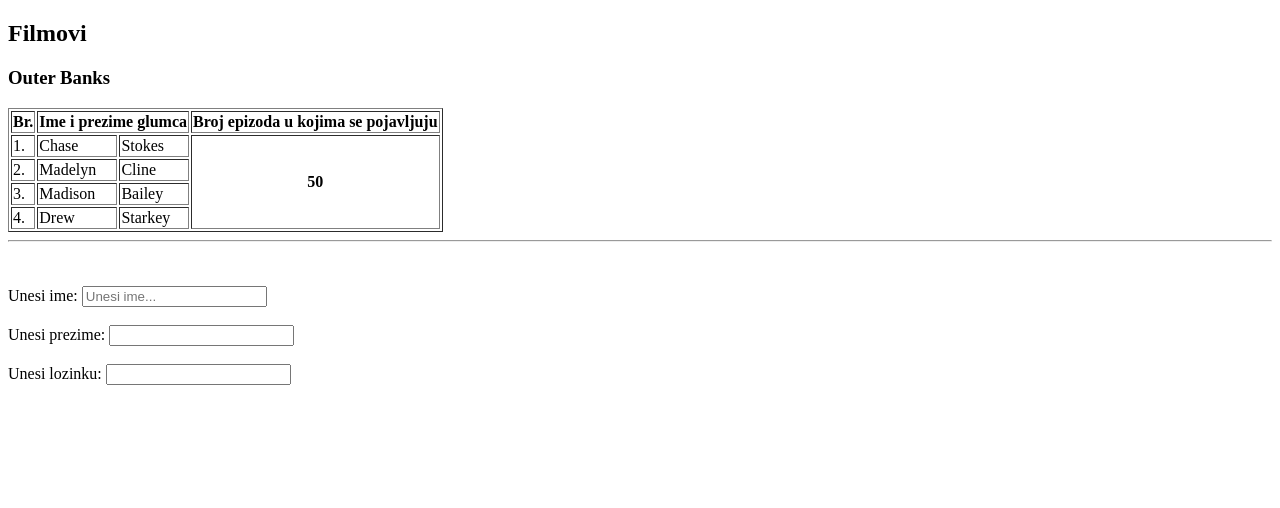
Repository: larabiondic/wp_biondic_lara
Page: Domace zadace/Zadaća.2.html
An editor plug-in stored every save of this project. The page is shown before and after the next save, followed by the edit.
The browser window is 1280 px wide. The pictures show the whole page.

Above is the page before, as saved 2025-11-03 20:33:25.

After the next save:
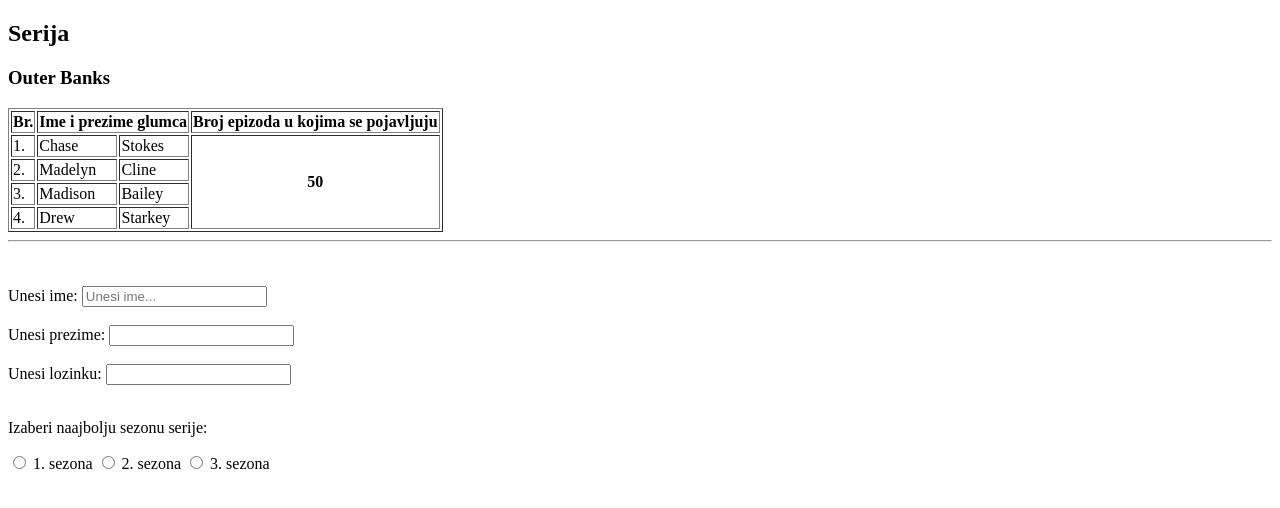
Saved 3 min 9 s later.
--- a/Domace zadace/Zadaća.2.html
+++ b/Domace zadace/Zadaća.2.html
@@ -8,7 +8,7 @@
     <title>Zadaća 2.</title>
 </head>
 <body>
-    <h2>Filmovi</h2>
+    <h2>Serija</h2>
     <h3>Outer Banks</h3>
     <table border="1">
         <tr>
@@ -57,6 +57,14 @@
         <input type="password" name="pass" id="pass" required>
         <br>
         <br>
+        <p>Izaberi naajbolju sezonu serije:</p>
+        <input type="radio" name="sezona" id="1.sezona">
+        <label for="1.sezona">1. sezona</label>
+        <input type="radio" name="sezona" id="2.sezona">
+        <label for="2.sezona">2. sezona</label>
+        <input type="radio" name="sezona" id="3.sezona">
+        <label for="3.sezona">3. sezona</label>
+        <br>
     </form>
 </body>
 </html>
